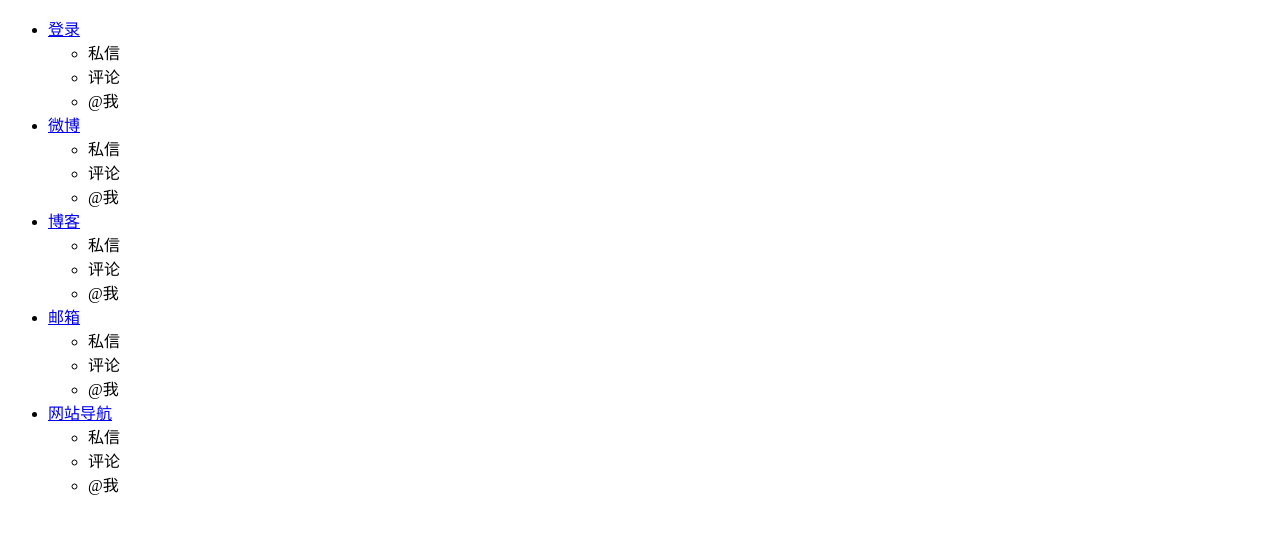
Repository: Sky0258/study
Page: js/新浪下拉框.html
These files come from the project's save history. The page is drawn as it stood at one moment and after the next save; the edit follows.
The browser window is 1280 px wide. The pictures show the whole page.

Above is the page before, as saved 2022-09-11 16:06:54.

### js/新浪下拉框.html
<!DOCTYPE html>
<html lang="en">

<head>
    <meta charset="UTF-8">
    <meta http-equiv="X-UA-Compatible" content="IE=edge">
    <meta name="viewport" content="width=device-width, initial-scale=1.0">
    <title>Document</title>
</head>

<body>
    <div class="tab">
        <ul>
            <li>
                <a href="#">登录</a>
                <ul>
                    <li>私信</li>
                    <li>评论</li>
                    <li>@我</li>
                </ul>
            </li>
            <li><a href="#">微博</a>
                <ul>
                    <li>私信</li>
                    <li>评论</li>
                    <li>@我</li>
                </ul>
            </li>
            <li><a href="#">博客</a>
                <ul>
                    <li>私信</li>
                    <li>评论</li>
                    <li>@我</li>
                </ul>
            </li>
            <li><a href="#">邮箱</a>
                <ul>
                    <li>私信</li>
                    <li>评论</li>
                    <li>@我</li>
                </ul>
            </li>
            <li><a href="#">网站导航</a>
                <ul>
                    <li>私信</li>
                    <li>评论</li>
                    <li>@我</li>
                </ul>
            </li>
        </ul>
    </div>
</body>

</html>

After the next save:
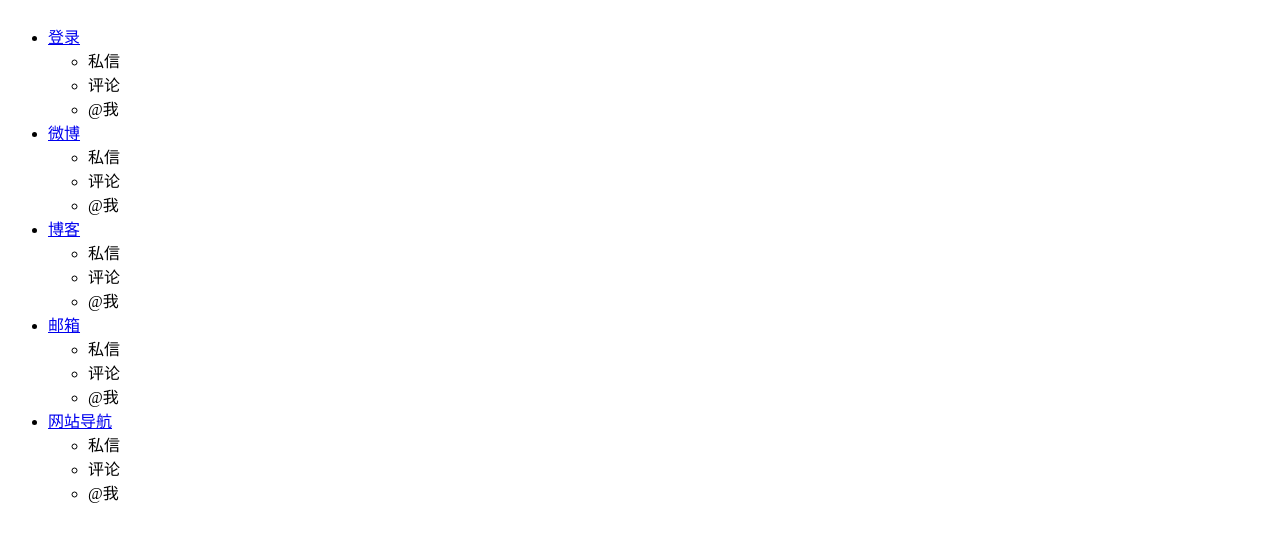
Saved 59 s later.
--- a/js/新浪下拉框.html
+++ b/js/新浪下拉框.html
@@ -7,7 +7,12 @@
     <meta name="viewport" content="width=device-width, initial-scale=1.0">
     <title>Document</title>
 </head>
-
+<style>
+    .tab {
+        width: 300px;
+        display: flex;
+    }
+</style>
 <body>
     <div class="tab">
         <ul>
@@ -19,28 +24,32 @@
                     <li>@我</li>
                 </ul>
             </li>
-            <li><a href="#">微博</a>
+            <li>
+                <a href="#">微博</a>
                 <ul>
                     <li>私信</li>
                     <li>评论</li>
                     <li>@我</li>
                 </ul>
             </li>
-            <li><a href="#">博客</a>
+            <li>
+                <a href="#">博客</a>
                 <ul>
                     <li>私信</li>
                     <li>评论</li>
                     <li>@我</li>
                 </ul>
             </li>
-            <li><a href="#">邮箱</a>
+            <li>
+                <a href="#">邮箱</a>
                 <ul>
                     <li>私信</li>
                     <li>评论</li>
                     <li>@我</li>
                 </ul>
             </li>
-            <li><a href="#">网站导航</a>
+            <li>
+                <a href="#">网站导航</a>
                 <ul>
                     <li>私信</li>
                     <li>评论</li>
